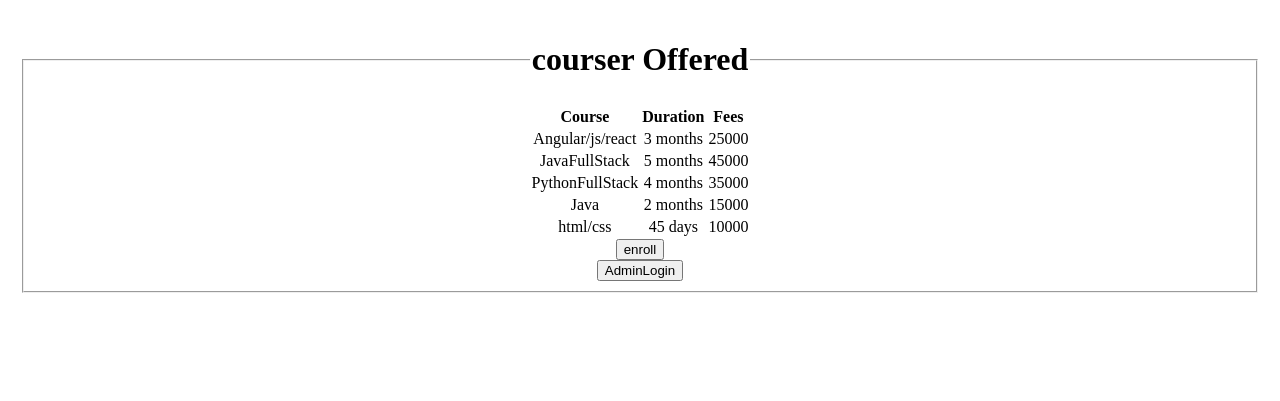
Repository: JanapatlaManojReddy/java
Page: http://localhost/institutionProject/
An editor plug-in stored every save of this project. The page is shown before and after the next save, followed by the edit.
The browser window is 1280 px wide. The pictures show the whole page.
The page is served by Tomcat 9.

Above is the page before, as saved 2023-08-19 11:26:32.

After the next save:
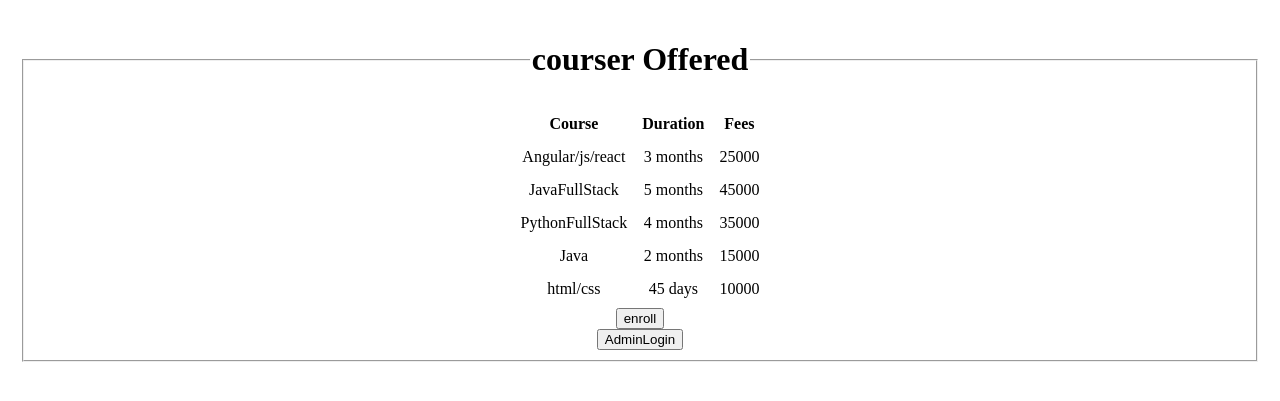
Saved 35 s later.
--- a/institutionProject/src/main/webapp/welcome.jsp
+++ b/institutionProject/src/main/webapp/welcome.jsp
@@ -20,7 +20,7 @@ cellpadding:5px;
 <form>
 <fieldSet align="center">
 <legend><h1>courser Offered</h1></legend>
-<table align="center">
+<table align="center" cellspacing="5" cellpadding="5">
 <tr>
 <th>Course </th>
 <th>Duration</th>
